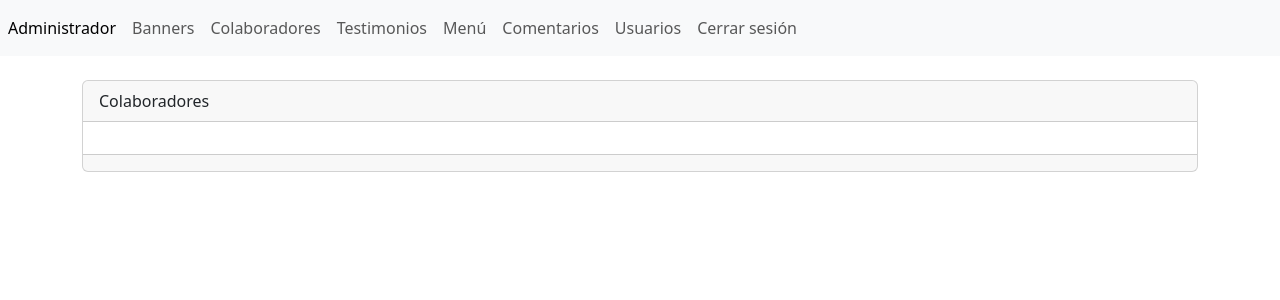
Repository: salextros/Restaurant-Project-PHP-MySQL
Page: http://localhost/TRABAJO_FINAL/restaurant/admin/seccion/colaboradores/crear.php
An editor plug-in stored every save of this project. The page is shown before and after the next save, followed by the edit.
The browser window is 1280 px wide. The pictures show the whole page.
The page is run by PHP 8.4 with error messages shown; the project is at /var/www/html/.

Above is the page before, as saved 2026-01-24 16:46:30.

### restaurant/admin/seccion/colaboradores/crear.php
<?php
include('../../templates/header.php');
?>
<br/>
<div class="card">
    <div class="card-header">Colaboradores</div>
    <div class="card-body">

    </div>
    <div class="card-footer text-muted"></div>
</div>



<?php
include ("../../templates/footer.php");
?>

### restaurant/admin/templates/header.php
<?php
$url_base = "http://localhost/TRABAJO_FINAL/restaurant/admin/";
?>
<!doctype html>
<html lang="en">

    <head>
        <title>Administrador del sitio web </title>
        <!-- Required meta tags -->
        <meta charset="utf-8" />
        <meta
            name="viewport"
            content="width=device-width, initial-scale=1, shrink-to-fit=no"
        />

        <!-- Bootstrap CSS v5.2.1 -->
        <link
            href="https://cdn.jsdelivr.net/npm/bootstrap@5.3.2/dist/css/bootstrap.min.css"
            rel="stylesheet"
            integrity="sha384-T3c6CoIi6uLrA9TneNEoa7RxnatzjcDSCmG1MXxSR1GAsXEV/Dwwykc2MPK8M2HN"
            crossorigin="anonymous"
        />
    </head>

    <body>
        <header>
            <!-- place navbar here -->
            <nav class="navbar navbar-expand navbar-light bg-light">
                <div class="nav navbar-nav">
                    <a class="nav-item nav-link active" href="#" aria-current="page">Administrador<span class="visually-hidden">(current)</span></a>

                    <a class="nav-item nav-link" href="<?php echo $url_base;?>seccion/banners">Banners</a>
                    <a class="nav-item nav-link" href="<?php echo $url_base;?>seccion/colaboradores">Colaboradores</a>
                    <a class="nav-item nav-link" href="<?php echo $url_base;?>seccion/testimonios">Testimonios</a>
                    <a class="nav-item nav-link" href="<?php echo $url_base;?>seccion/menu">Menú</a>
                    <a class="nav-item nav-link" href="<?php echo $url_base;?>seccion/comentarios">Comentarios</a>
                    <a class="nav-item nav-link" href="<?php echo $url_base;?>seccion/usuarios">Usuarios</a>
                    <a class="nav-item nav-link" href="#">Cerrar sesión</a>

                </div>
            </nav>


        </header>
        <main>
        <section class="container">

### restaurant/admin/templates/footer.php
        </section>
        </main>
        <footer>
            <!-- place footer here -->
        </footer>
        <!-- Bootstrap JavaScript Libraries -->
        <script
            src="https://cdn.jsdelivr.net/npm/@popperjs/core@2.11.8/dist/umd/popper.min.js"
            integrity="sha384-I7E8VVD/ismYTF4hNIPjVp/Zjvgyol6VFvRkX/vR+Vc4jQkC+hVqc2pM8ODewa9r"
            crossorigin="anonymous"
        ></script>

        <script
            src="https://cdn.jsdelivr.net/npm/bootstrap@5.3.2/dist/js/bootstrap.min.js"
            integrity="sha384-BBtl+eGJRgqQAUMxJ7pMwbEyER4l1g+O15P+16Ep7Q9Q+zqX6gSbd85u4mG4QzX+"
            crossorigin="anonymous"
        ></script>
    </body>
</html>

After the next save:
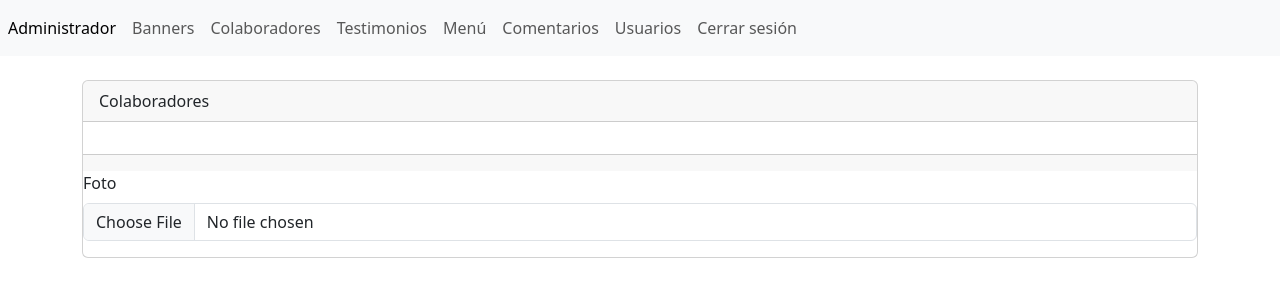
Saved 6 min 55 s later.
--- a/restaurant/admin/seccion/colaboradores/crear.php
+++ b/restaurant/admin/seccion/colaboradores/crear.php
@@ -8,9 +8,14 @@ include('../../templates/header.php');
 
     </div>
     <div class="card-footer text-muted"></div>
+
+        <div class="mb-3">
+            <label for="foto" class="form-label">Foto</label>
+            <input type="file" class="form-control" name="foto" id="foto" placeholder="" aria-describedby="fileHelpId"/>
+        </div>
+
+    </div>
 </div>
-
-
 
 <?php
 include ("../../templates/footer.php");
